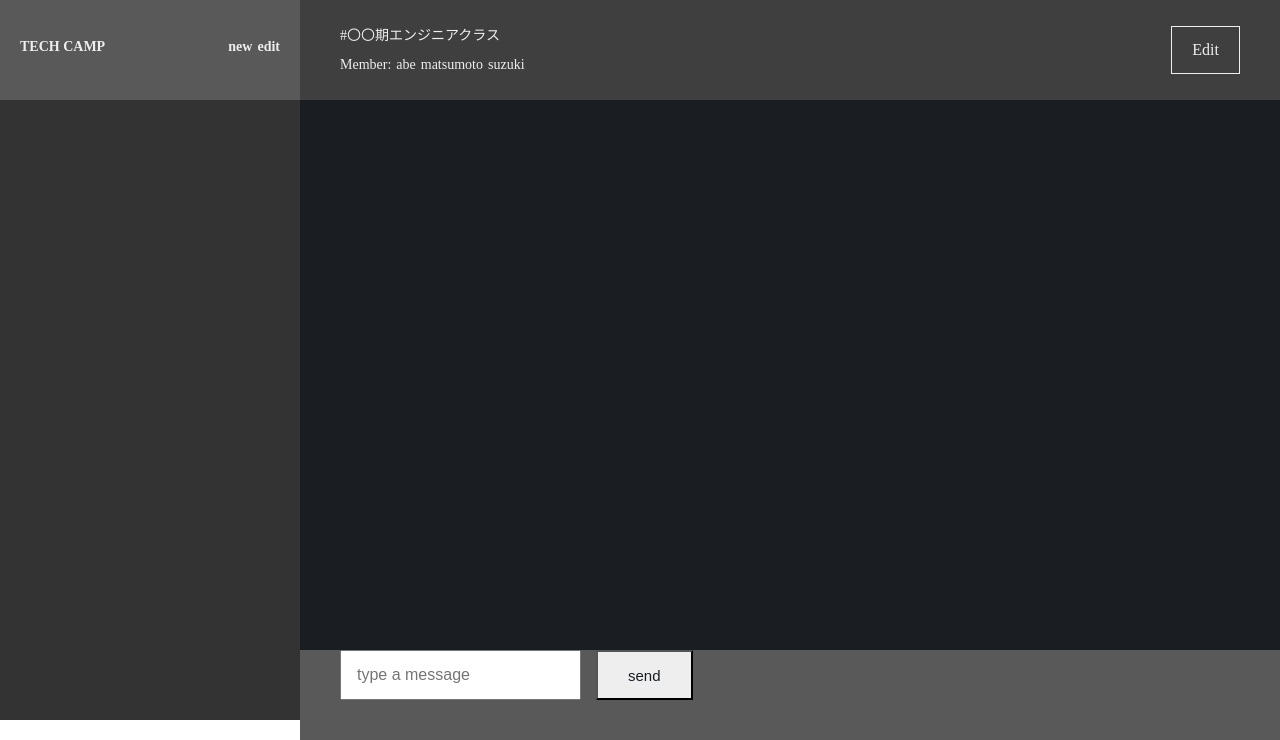
Repository: m-mao/firsa_app
Page: html_css/chat-app/index.html
The author's editor kept a record of every edit. The page is drawn from the files as they stood at one moment, then again after the next edit.
The browser window is 1280 px wide. The pictures show the whole page.

Above is the page before.

After the next edit:
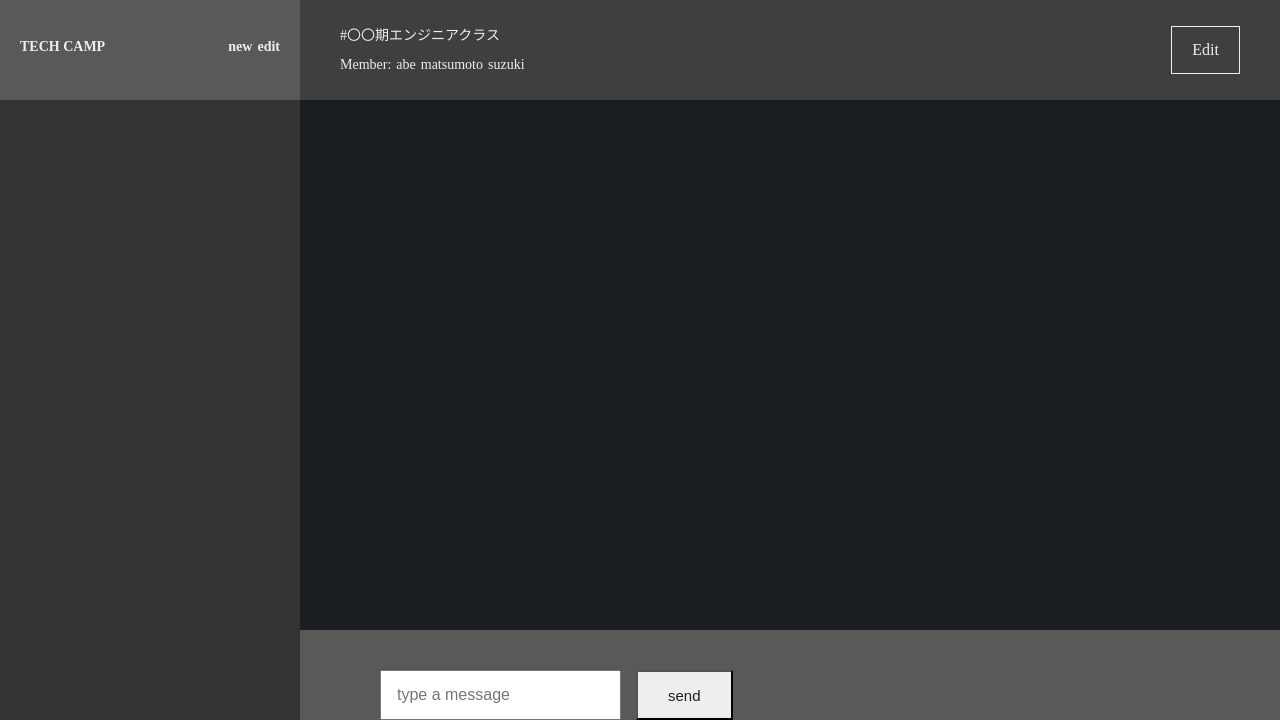
The edit:
--- a/html_css/chat-app/style.css
+++ b/html_css/chat-app/style.css
@@ -42,6 +42,7 @@
 .forms {
  height: 90px;
  background-color: #595959;
+ padding: 20px 40px;
 }
 
 .side-box {
